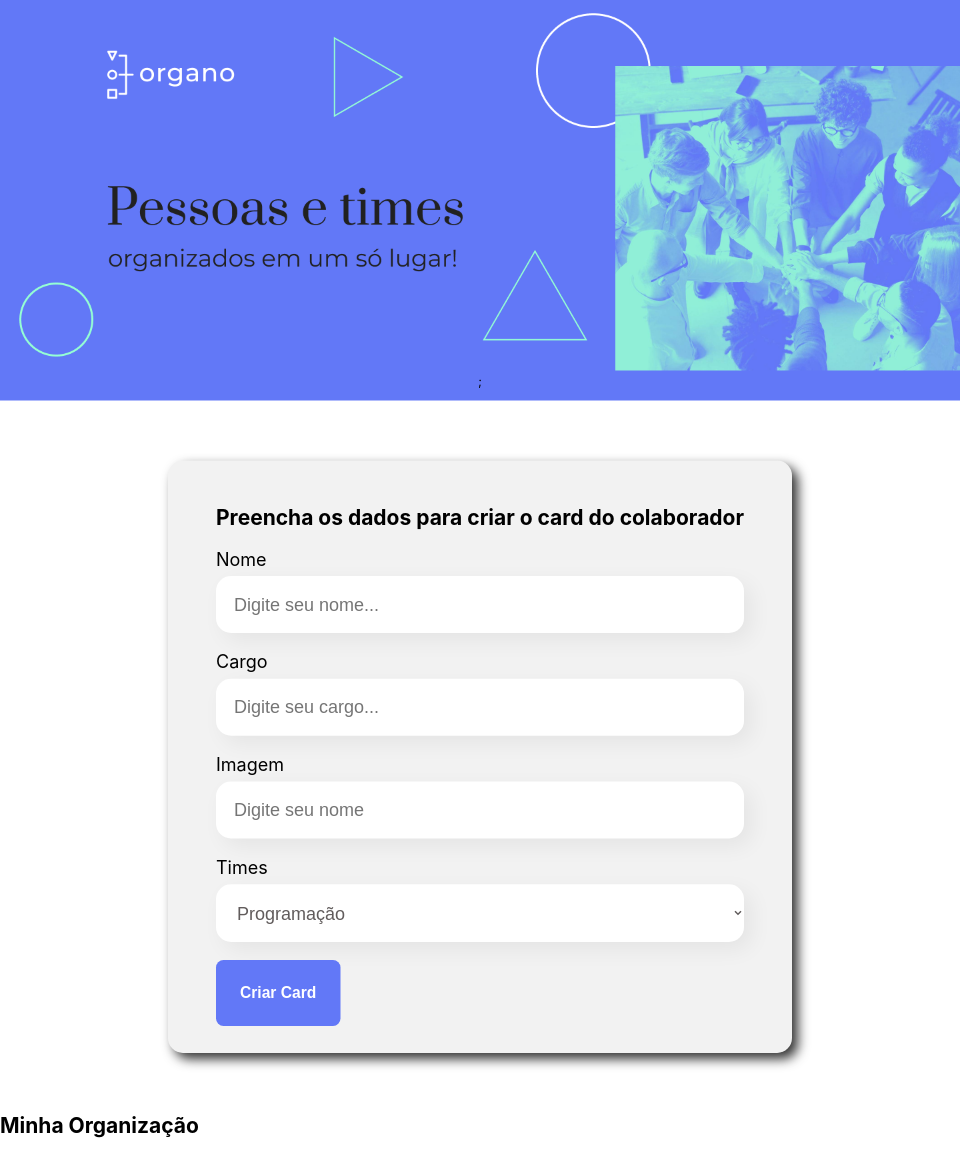
Repository: guilhermecardoso93/organo
Page: /
The author's editor kept a copy of each file at every save. The page is drawn from the files as they stood at one save, then again after the next save.
The browser window is 1280 px wide. The pictures show the whole page, at 75% of full size.
The project was rebuilt for these pictures with package versions that can differ from the ones it lists, and the page was loaded fresh each time.

Above is the page before, as saved 2024-05-26 19:00:53.

After the next save:
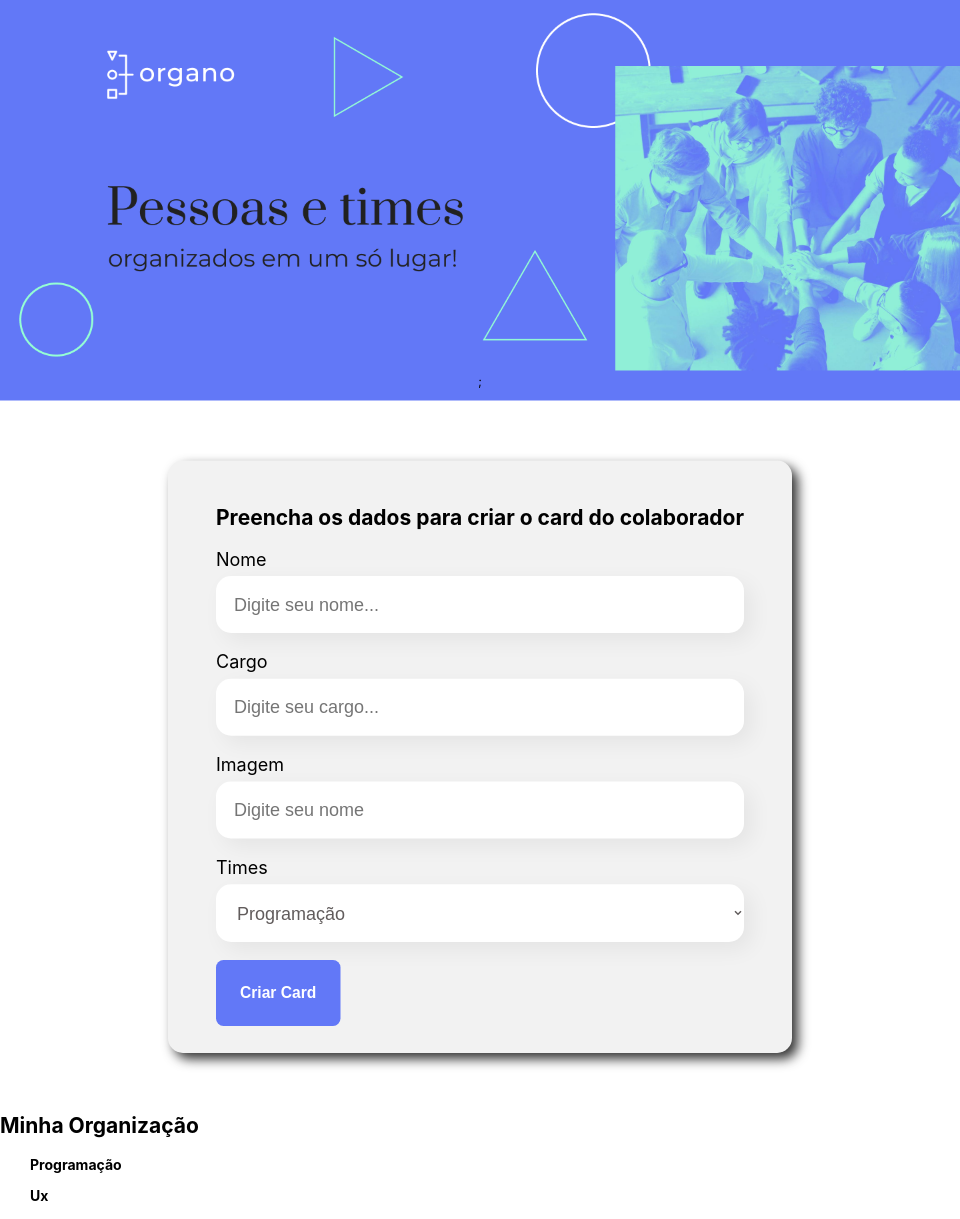
Saved 34 s later.
--- a/src/components/Times/index.js
+++ b/src/components/Times/index.js
@@ -1,14 +1,16 @@
 import Imagem from "../../assets/imagens/logo.png";
+import { Time } from "./components/Time";
 export function Times(props) {
   return (
     <div>
       <div>
         <h2>Minha Organização</h2>
       </div>
+      <ul>
+        <Time name='Programação' />
+        <Time name='Ux' />
+      </ul>
 
-      <section>
-        <h3>{props.name}</h3>
-      </section>
     </div>
   );
 }
